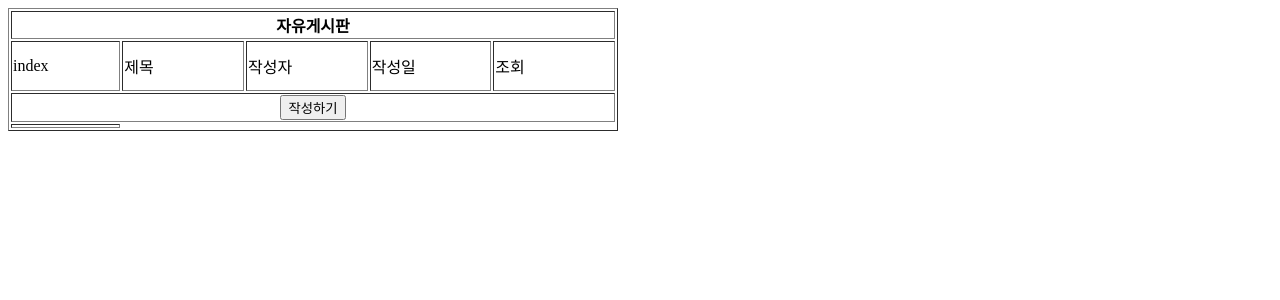
Repository: y2kim/workspace3
Page: http://localhost/WEB_MVC1_JSP_05_25/BorderList.jsp
The author's editor kept a copy of each file at every save. The page is drawn from the files as they stood at one save, then again after the next save.
The browser window is 1280 px wide. The pictures show the whole page.
The page is served by Tomcat 9. Other server files are loaded and not shown. Queries for data that is not in the repository find no rows.

Above is the page before, as saved 2018-06-04 06:47:54.

### WEB_MVC1_JSP_05_25/WebContent/BorderList.jsp
<%@page import="javax.servlet.jsp.tagext.TryCatchFinally"%>
<%@page import="java.util.ArrayList"%>
<%@page import="java.util.List"%>
<%@page import="bean.BorderInfos"%>
<%@page import="bean.BoradDAO"%>
<%@ page language="java" contentType="text/html; charset=UTF-8"
    pageEncoding="UTF-8"%>
<!DOCTYPE html>
<html>
<head>
<meta http-equiv="Content-Type" content="text/html; charset=UTF-8">
  <style>

  </style>
<title>Insert title here</title>

</head>
<body>
         <%
         	   int currentpage = 0;
         	   try{
               currentpage =Integer.parseInt(request.getParameter("currentPage"));
         	   }catch(Exception e){
         		  currentpage=0;
         	   }

               if(currentpage == 0){
            	   currentpage =1;
               }else{
            	   currentpage =Integer.parseInt(request.getParameter("currentPage"));
               }
                BoradDAO bdao = new BoradDAO();
         %>
<table border="1">
        <tr >
            <th colspan="5" width=600>자유게시판</th>
        </tr>
        <tr height=50>
            <td width=25>index</td>
            <td width=40>제목</td>
            <td width=40>작성자</td>
            <td width=40>작성일</td>
            <td width=40>조회</td>
        </tr>
        	<%
        	     int totalborde = bdao.allBoard();
           		 int pageSize = 3;

                  int max = pageSize * currentpage;
                  int min = max - pageSize ;
        	    List<BorderInfos> list = bdao.listBordercut(max, min);;
        	    for(int i=0;i<list.size();i++){
        	%>
		<tr>
			<td><%=list.get(i).getSeq()%></td>
			<td><a href="borde/list.jsp?list.get(i).getSeq()=<%=list.get(i).getSeq()%>"><%=list.get(i).getTitle()%></a></td>
			<td><%=list.get(i).getWriter()%></td>
			<td><%=list.get(i).getWritedate()%></td>
			<td><%=list.get(i).getViewcount()%></td>
		</tr>
        		<%} %>
        <tr>
            <td colspan="5" align="center">

            <input type="Button" value="작성하기" id="addtext">
            </td>
        </tr>

        <tr><td style="align-content:center;" align="center"> <%=bdao.getPageNavi(currentpage)%> </td></tr>
    </table>

    <script>
      document.getElementById("addtext").onclick = function(){
        location.href="borde/addbordetitle.html";
       }

    </script>
</body>
</html>

### WEB_MVC1_JSP_05_25/src/bean/BoradDAO.java
package bean;

import java.sql.Connection;
import java.sql.DriverManager;
import java.sql.PreparedStatement;
import java.sql.ResultSet;
import java.util.ArrayList;
import java.util.List;

public class BoradDAO {

	public Connection dbConnect() throws Exception {
		Class.forName("oracle.jdbc.driver.OracleDriver");
		String DB_URL = "jdbc:oracle:thin:@127.0.0.1:1521:XE";
		String DB_USER = "kh";
		String DB_PASSWORD = "kh";

		return  DriverManager.getConnection(DB_URL, DB_USER, DB_PASSWORD);
	}

	public int insertBorder(BorderInfos bifs , int val) throws Exception {
		Connection cons = dbConnect();
		String sql = "insert into board values(?,?,?,?,sysdate,?,?)";
		PreparedStatement pst = cons.prepareStatement(sql);
		pst.setInt(1,val);
		pst.setString(2,bifs.getTitle());
		pst.setString(3,bifs.getContents());
		pst.setString(4,bifs.getWriter());
		pst.setInt(5,bifs.getViewcount());
		pst.setString(6,bifs.getIp());
		int result = pst.executeUpdate();
		cons.commit();
		pst.close();
		cons.close();
		return result;
	}

	public List<BorderInfos> listBorder() throws Exception{
		List<BorderInfos> list = new ArrayList<>();
		Connection cons = dbConnect();
		String sql = "select * from board ORDER BY seq desc";
		PreparedStatement pst = cons.prepareStatement(sql);
		ResultSet rs = pst.executeQuery();
		while(rs.next()) {
			BorderInfos bifs = new BorderInfos();
			bifs.setSeq(rs.getInt(1));
			bifs.setTitle(rs.getString(2));
			bifs.setContents(rs.getString(3));
			bifs.setWriter(rs.getString(4));
			bifs.setWritedate(rs.getDate(5));
			bifs.setViewcount(rs.getInt(6));
			bifs.setIp(rs.getString(7));

			list.add(bifs);
		}
		rs.close();
		pst.close();
		cons.close();
		return list;
	}

	public List<BorderInfos> listBordercut(int large, int small) throws Exception{
		List<BorderInfos> list = new ArrayList<>();
		Connection cons = dbConnect();
		String sql = "select * from (select b.*, rownum as rnum from ( select * from board b order by seq desc)b where rownum <=?)where  rnum >?";
		PreparedStatement pst = cons.prepareStatement(sql);
		pst.setInt(1,large);
		pst.setInt(2,small);
		ResultSet rs = pst.executeQuery();
		while(rs.next()) {
			BorderInfos bifs = new BorderInfos();
			bifs.setSeq(rs.getInt(1));
			bifs.setTitle(rs.getString(2));
			bifs.setContents(rs.getString(3));
			bifs.setWriter(rs.getString(4));
			bifs.setWritedate(rs.getDate(5));
			bifs.setViewcount(rs.getInt(6));
			bifs.setIp(rs.getString(7));

			list.add(bifs);
		}
		rs.close();
		pst.close();
		cons.close();
		return list;
	}

	public List<BorderInfos> showGetPage(int seq) throws Exception{
		List<BorderInfos> list = new ArrayList<>();
		Connection cons = dbConnect();
		String sql = "select * from board where seq = ?";
		PreparedStatement pst = cons.prepareStatement(sql);
		pst.setInt(1,seq);
		ResultSet rs = pst.executeQuery();
		while (rs.next()) {
			BorderInfos bifs = new BorderInfos();
			bifs.setSeq(rs.getInt(1));
			bifs.setTitle(rs.getString(2));
			bifs.setContents(rs.getString(3));
			bifs.setWriter(rs.getString(4));
			bifs.setWritedate(rs.getDate(5));
			bifs.setViewcount(rs.getInt(6));
			bifs.setIp(rs.getString(7));
			list.add(bifs);
		}
		rs.close();
		pst.close();
		cons.close();
		return list;
	}

	public int updateVisite(int seq) throws Exception {
		Connection cons = dbConnect();
		String sql = "update board set viewcount = viewcount+1  where seq = ?";
		PreparedStatement pst = cons.prepareStatement(sql);
		pst.setInt(1, seq);
		int result = pst.executeUpdate();
		cons.commit();
		pst.close();
		cons.close();
		return result;
	}

	public int deleteList(int seq) throws Exception{
		Connection cons = dbConnect();
		String sql = "delete from board where seq = ?";
		PreparedStatement pst = cons.prepareStatement(sql);
		System.out.println("abc");
		pst.setInt(1, seq);
		int result = pst.executeUpdate();
		System.out.println("123");
		cons.commit();
		pst.close();
		cons.close();
		return result;
	}

	public int updateBorde(BorderInfos bifs, int seq) throws Exception {
		Connection cons = dbConnect();
		String sql = "update board set title = ?, contents = ? , writedate = sysdate, ip = ?  where seq = ?";
		//update members set ISBLOCKED='y' where id = 'abcd';
		PreparedStatement pst = cons.prepareStatement(sql);
		pst.setString(1, bifs.getTitle());
		pst.setString(2, bifs.getContents());
		pst.setString(3, bifs.getIp());
		pst.setInt(4, seq);
		int result = pst.executeUpdate();
		cons.commit();
		pst.close();
		cons.close();
		return result;
	}

	public String ischk(int seq) throws Exception {
		Connection cons = dbConnect();
		String sql = "select writer from board where seq = ?";
		PreparedStatement pst = cons.prepareStatement(sql);
		pst.setInt(1,seq);
		ResultSet rs = pst.executeQuery();
		if(rs.next()) {
			String str = rs.getString(1);
			rs.close();
			pst.close();
			cons.close();
			return str;
		}else {
			rs.close();
			pst.close();
			cons.close();
			return null;
		}

	}


	public int allBoard() throws Exception{
		Connection cons = dbConnect();
		String sql = "select count(*) from board";
		PreparedStatement pst = cons.prepareStatement(sql);
		ResultSet rs = pst.executeQuery();
		if(rs.next()) {
			int result = rs.getInt(1);
			rs.close();
			pst.close();
			cons.close();
			return result;
		}else {
			rs.close();
			pst.close();
			cons.close();
			return 0;
		}
	}

	public String getPageNavi(int now) throws Exception {
		Connection cons = dbConnect();
		String sql = "select count(*) totalCount from board";
		PreparedStatement pst = cons.prepareStatement(sql);
		ResultSet rs = pst.executeQuery();
		rs.next();
		rs.getInt("totalCount");

		int recordTotalCount =  rs.getInt("totalCount"); //전체 글의 개수를 저장하는 변수
		int recordCountPerPage = 3; // 한 페이지에 게시글이 몇개 보일건지
		int naviCountPerPage = 3; //  한 페이지에서 내비게이터가 몇개씩 보일건지
		int pageTotalCount =0; // 전체가 몇페이지로 구성 될것인지

		if(recordTotalCount%recordCountPerPage >0) { //0 10d으로 나누어 떨어지지 않음
			pageTotalCount = recordTotalCount / recordCountPerPage +1 ;
		}else {
			pageTotalCount = recordTotalCount / recordCountPerPage;
		}
		//--------------------------------------
		int currentpage = now ; // 임의의 페이지
		if(currentpage < 1) {
			currentpage = 1;
		}else if(currentpage > pageTotalCount) {
			currentpage = pageTotalCount;
		}/// 현재 페이지가 비정상인지 검증하는 코드

		int startNavi = (currentpage-1) / naviCountPerPage * naviCountPerPage +1; /// 네비게이터가 시작하는 값    1- 10  11-20 21-30
		int endNavi = startNavi + naviCountPerPage -1 ; // 네비게이터 끝값

		if(endNavi > pageTotalCount) { // 검증코드
			endNavi = pageTotalCount;
		}
		System.out.println("현재페이지 :" + currentpage);
		System.out.println("네비게이터 시작 :" + startNavi);
		System.out.println("네비게이터 끝 : " + endNavi);
		System.out.println(" 페이지 토탈카운트" + pageTotalCount);
		boolean needPrev = true;
		boolean needNext = true;

		if(startNavi == 1) {
			needPrev = false;
		}
		if(endNavi == pageTotalCount ) {
			needNext = false;
		}
		StringBuilder sb = new StringBuilder(); /// ""   스트링풀  절약
		if(needPrev) {
			if(currentpage+naviCountPerPage>1) {
				sb.append("<a href=\"BorderList.jsp?currentPage="+(currentpage-naviCountPerPage)+"\">");
				sb.append("< ");
				sb.append("</a>");
			}else {
				sb.append("<a href=\"BorderList.jsp?currentPage="+(1)+"\">");
				sb.append("< ");
				sb.append("</a>");
			}

		}
		for(int i = startNavi;i<=endNavi;i++) {
			sb.append("<a href=\"BorderList.jsp?currentPage="+i+"\">");
			sb.append(i + " ");
			sb.append("</a>");
		}
		if(needNext) {
			if(currentpage+naviCountPerPage<=pageTotalCount) {
			sb.append("<a href=\"BorderList.jsp?currentPage="+(currentpage+naviCountPerPage)+"\">");
			sb.append(">");
			sb.append("</a>");
			}else {
				sb.append("<a href=\"BorderList.jsp?currentPage="+(pageTotalCount)+"\">");
				sb.append(">");
				sb.append("</a>");
			}
		}
		pst.close();
		rs.close();
		return sb.toString();
	}

	public void makeDummyDate() throws Exception { /// 좀있다 가져올것
		Connection cons = dbConnect();
		String sql = "insert into board values ()";
		PreparedStatement pst = cons.prepareStatement(sql);
		ResultSet rs = pst.executeQuery();

	}


    public int lastValue() throws Exception {
    	Connection cons = dbConnect();
    	String sql = "select * from (select seq from board ORDER BY seq desc) where rownum <=1";
    	//여러 사람이 동시에 쿼리 날리는 경우 위험
    	PreparedStatement pst = cons.prepareStatement(sql);
		ResultSet rs = pst.executeQuery();
		if(rs.next()) {
			int result = rs.getInt(1);
			rs.close();
			pst.close();
			cons.close();
			return result;
		}else {
			return 0;
		}
    }

	public int callNextSeq() throws Exception {
		Connection cons = dbConnect();
		String sql = "select bodka.nextval from dual";
		PreparedStatement pst = cons.prepareStatement(sql);
		ResultSet rs = pst.executeQuery();
		if(rs.next()) {
			int result = rs.getInt(1);
			rs.close();
			pst.close();
			cons.close();
			return result;
		}else {
			return 0;
		}
	}

}

After the next save:
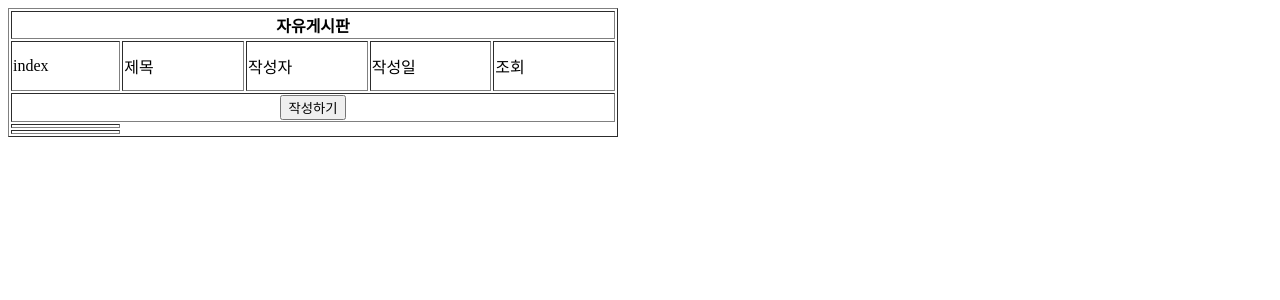
Saved 112 s later.
--- a/WEB_MVC1_JSP_05_25/WebContent/BorderList.jsp
+++ b/WEB_MVC1_JSP_05_25/WebContent/BorderList.jsp
@@ -65,7 +65,7 @@
             <input type="Button" value="작성하기" id="addtext">
             </td>
         </tr>
-
+        <tr><td></td></tr>
         <tr><td style="align-content:center;" align="center"> <%=bdao.getPageNavi(currentpage)%> </td></tr>
     </table>
 
